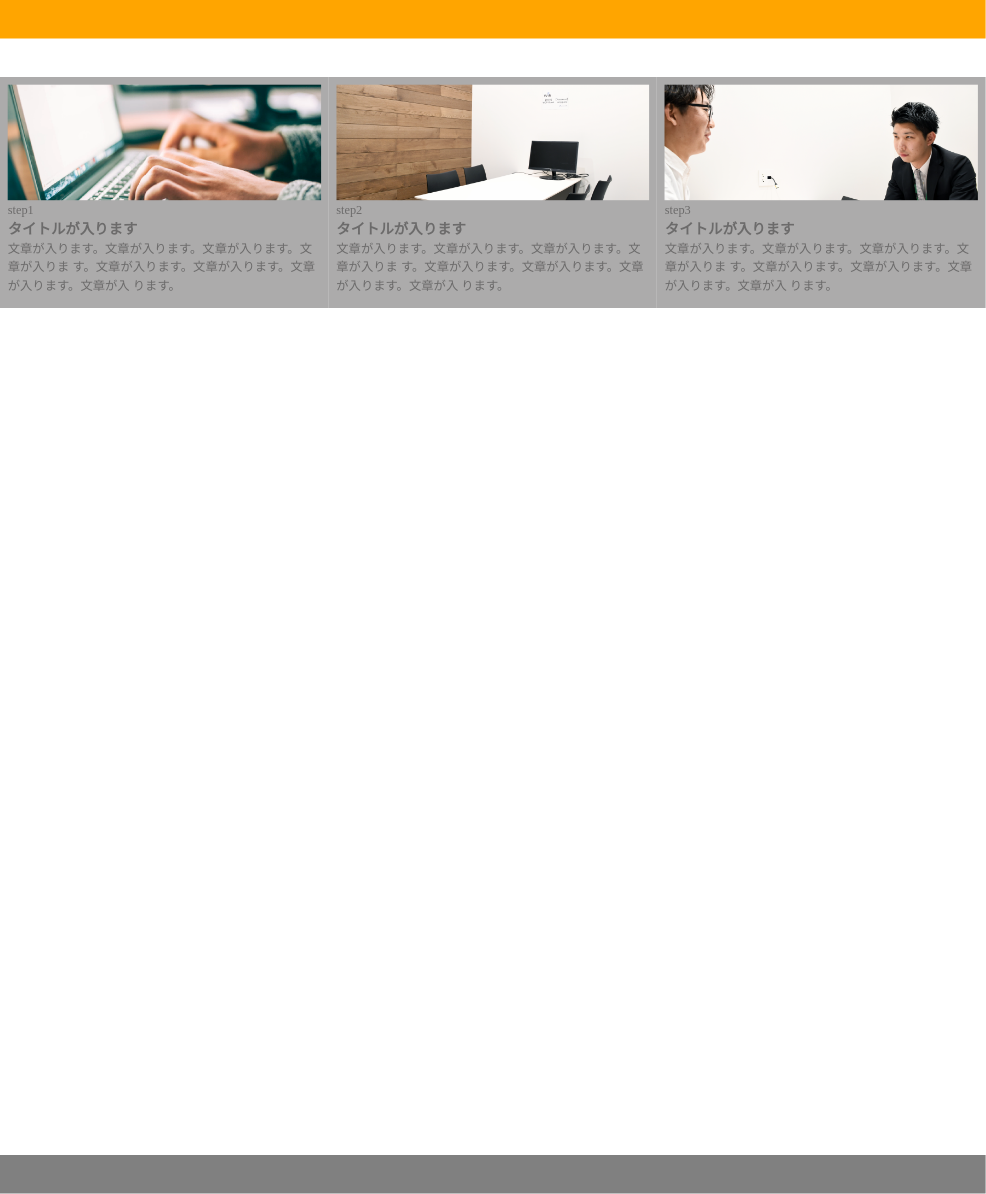
Repository: 220416/kadai1
Page: html/responsive.html
The author's editor kept a record of every edit. The page is drawn from the files as they stood at one moment, then again after the next edit.
The browser window is 1280 px wide. The pictures show the whole page, at 77% of full size.

Above is the page before.

### html/responsive.html
<!DOCTYPE html>
<html lang="ja">
  <head>
    <meta charset="UTF-8" />
    <meta name="viewport" content="width=device-width,initial-scale=1.0">
    <link rel="stylesheet" href="responsive.css" />
    <title>Responsive</title>
  </head>

  <body>
    <div class="container">
    <header></header>

    <main>
    <div class="main-visual">
      <img class="image" src="img/flow01.png">
      <p class="step"> step1 </p>
      <div class="main-visual-content">
        <h3 class ="ain-visual-text">タイトルが入ります</h3>
        <p class="main-visual-text">文章が入ります。文章が入ります。文章が入ります。文章が入りま
        す。文章が入ります。文章が入ります。文章が入ります。文章が入
        ります。</p>
      </div>
    </div>

    <div class="main-visual">
      <img class="image" src="img/flow02.png">
      <p class="step"> step2 </p>
      <div class="main-visual-content">
        <h3 class ="ain-visual-text">タイトルが入ります</h3>
        <p class="main-visual-text">文章が入ります。文章が入ります。文章が入ります。文章が入りま
        す。文章が入ります。文章が入ります。文章が入ります。文章が入
        ります。</p>
      </div>
    </div>

    <div class="main-visual">
      <img class="image" src="img/flow03.png">
      <p class="step"> step3 </p>
      <div class="main-visual-content">
        <h3 class ="ain-visual-text">タイトルが入ります</h3>
        <p class="main-visual-text">文章が入ります。文章が入ります。文章が入ります。文章が入りま
        す。文章が入ります。文章が入ります。文章が入ります。文章が入
        ります。</p>
      </div>
    </div>

    </main>

    <footer></footer>
    </div>
  </body>
</html>

### html/responsive.css
* {
  margin: 0;
  padding: 0;
  box-sizing: border-box;
  color: #6c6b6b;
}

a{
  text-decoration: none;
}

@media screen and (max-width:425px){
 header{
   width:100%;
 }
}

header{
  height: 50px;
  width:100%;
  background-color:orange;
}

main{
  height: 1500px;
  width:100%;
  padding: 50px 0;
  display: flex;
  justify-content:center;
  text-align: left;
}

.main-visual{
  display: inline-block;
  height: 300px;
  width: 100%;
  padding:10px 10px;
  background-color:#acabab;
}

.main-visual-text{
  flex-wrap:wrap;
}
.image{
    object-fit: cover;
    width:100%;
    height: 150px;
}

.container {
      position: relative;
      box-sizing: border-box;
}

footer {
      height: 50px;
      width: 100%;
      position: absolute;
      bottom: 0;
      background-color: grey;

}

After the next edit:
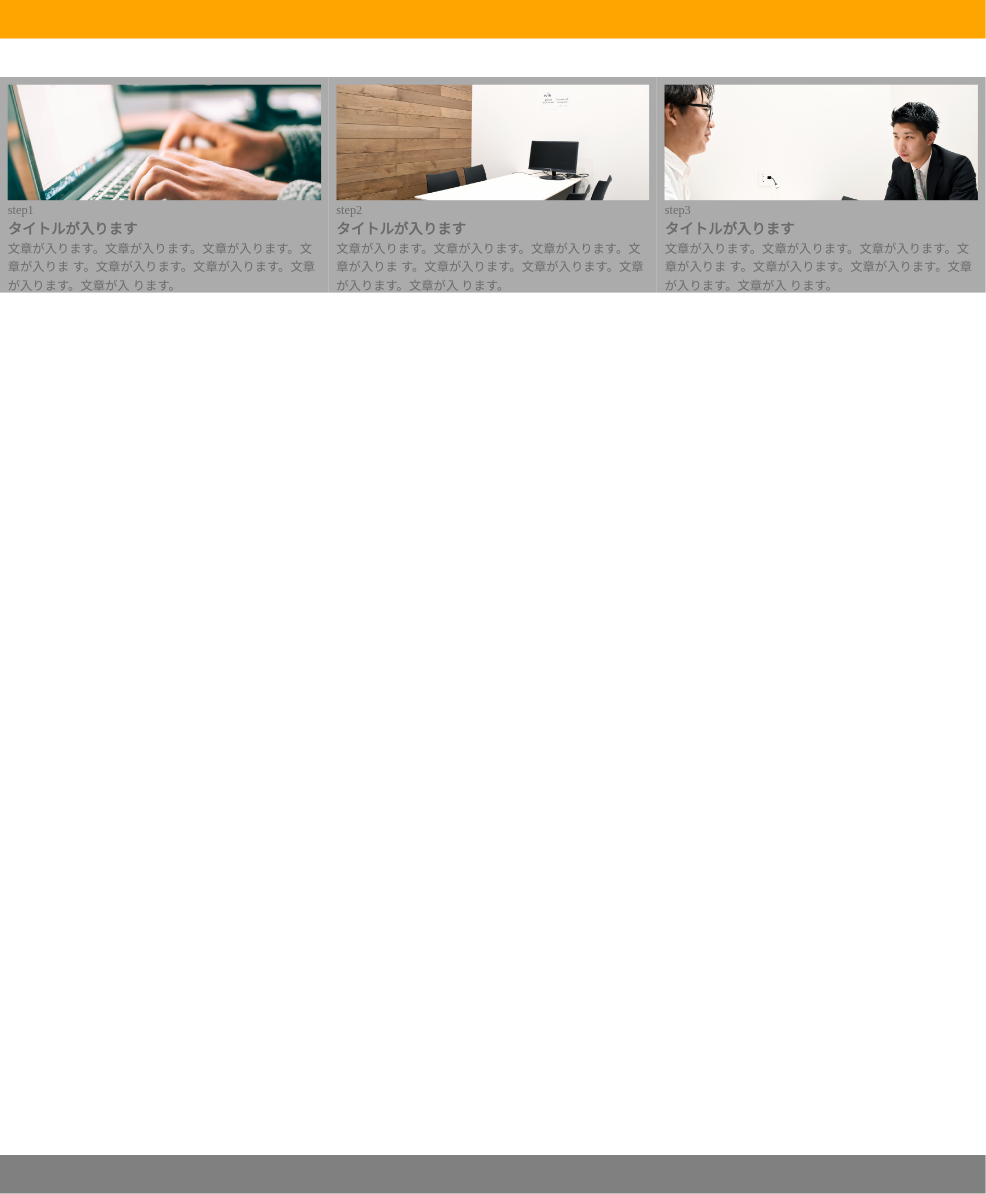
The edit:
--- a/html/responsive.css
+++ b/html/responsive.css
@@ -32,7 +32,7 @@
 
 .main-visual{
   display: inline-block;
-  height: 300px;
+  height: 280px;
   width: 100%;
   padding:10px 10px;
   background-color:#acabab;
